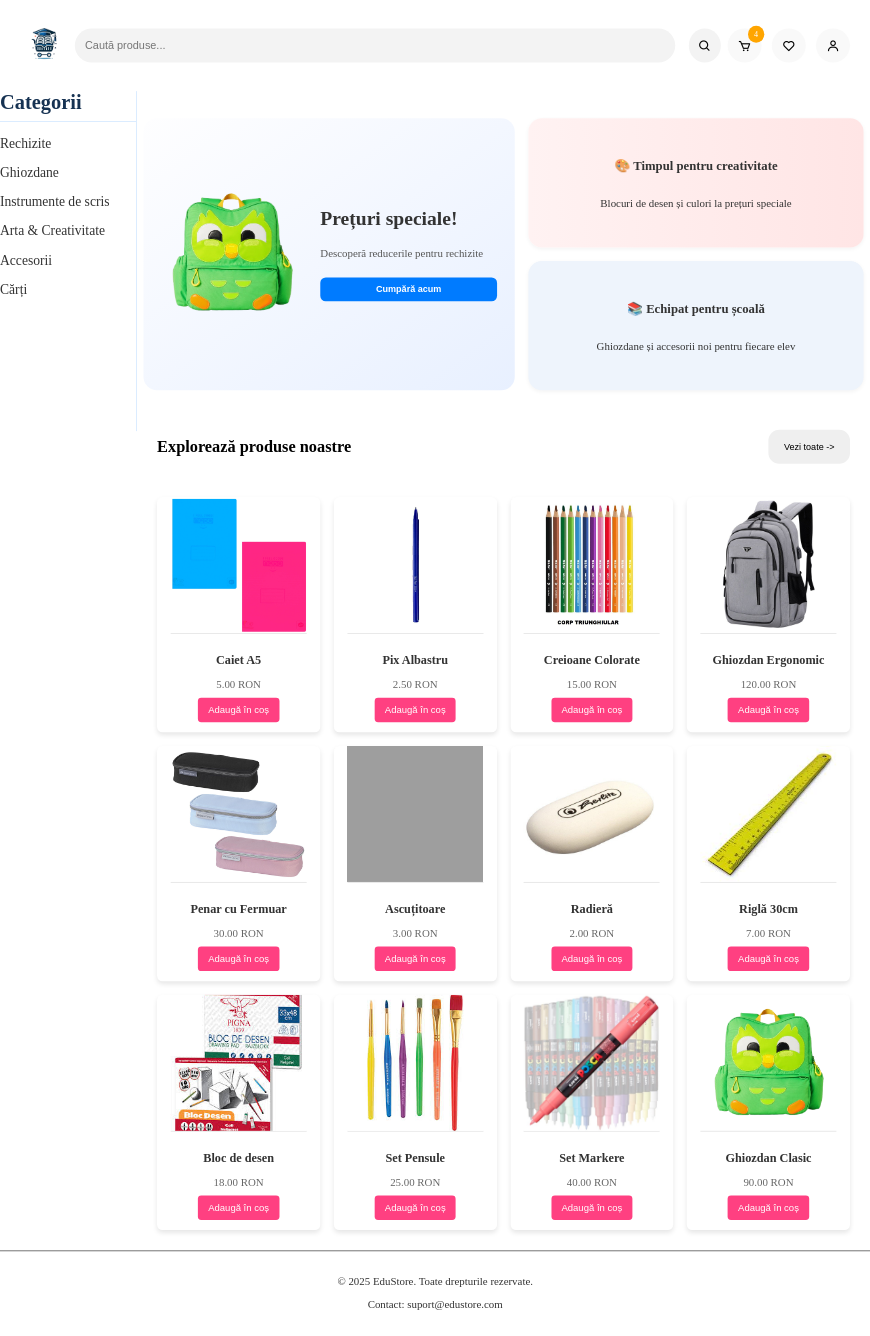
Repository: Roxana5504/WebDev-Project
Page: frontend/index.html
These files come from the project's save history. The page is drawn as it stood at one moment and after the next save; the edit follows.
The browser window is 1280 px wide. The pictures show the whole page, at 68% of full size.
Pictures or frames that could not be fetched are drawn as grey boxes.

Above is the page before, as saved 2025-04-23 16:58:02.

### frontend/index.html
<!DOCTYPE html>
<html lang="ro">
  <head>
    <meta charset="UTF-8" />
    <meta name="viewport" content="width=device-width, initial-scale=1.0" />
    <title>Căutare Produse</title>
    <link rel="stylesheet" href="/styles.css" />
    <link
      href="https://cdn.jsdelivr.net/npm/boxicons@2.1.4/css/boxicons.min.css"
      rel="stylesheet"
    />
  </head>

  <body>
    <header class="container-header">
      <div class="logo">
        <img src="/backend/images/logoDWS.png" alt="EduStore" />
      </div>

      <div class="search-bar">
        <button class="sidebar-toggle" id="sidebar-toggle">
          <i class="bx bx-menu"></i>
        </button>
        <input type="text" id="search-input" placeholder="Caută produse..." />
        <button class="search-btn" id="search-btn">
          <i class="bx bx-search"></i>
        </button>
      </div>

      <div class="header-icons">
        <div class="header-icon">
          <span class="cart-items">4</span>
          <i class="bx bx-cart"></i>
        </div>
        <div class="header-icon">
          <i class="bx bx-heart"></i>
        </div>
        <div class="header-icon profile">
          <i class="bx bx-user"></i>
        </div>
      </div>
    </header>

    <div class="main-content">
      <aside class="sidebar">
        <h2>Categorii</h2>
        <ul>
          <li>Rechizite</li>
          <li>Ghiozdane</li>
          <li>Instrumente de scris</li>
          <li>Arta & Creativitate</li>
          <li>Accesorii</li>
          <li>Cărți</li>
        </ul>
      </aside>

      <div class="container">
        <section class="banner">
          <div class="banner-left">
            <div class="banner-left-content">
              <div class="img-cont">
                <img src="/backend/images/gh.jpg" alt="Oferta specială" />
              </div>

              <div class="banner-text">
                <h2>Prețuri speciale!</h2>
                <p>Descoperă reducerile pentru rechizite</p>
                <button class="buy-now-btn" id="buy-now-btn">
                  Cumpără acum
                </button>
              </div>
            </div>
          </div>

          <div class="banner-right">
            <div class="banner-right-up">
              <h3>🎨 Timpul pentru creativitate</h3>
              <p>Blocuri de desen și culori la prețuri speciale</p>
            </div>
            <div class="banner-right-down">
              <h3>📚 Echipat pentru școală</h3>
              <p>Ghiozdane și accesorii noi pentru fiecare elev</p>
            </div>
          </div>
        </section>

        <section class="products">
          <div class="products-explore-line">
            <h2>Explorează produse noastre</h2>
            <button class="all-products-button">Vezi toate -></button>
          </div>
          <div id="product-list" class="product-list"></div>
        </section>
      </div>
    </div>
    <footer>
      <p>&copy; 2025 EduStore. Toate drepturile rezervate.</p>
      <p>Contact: suport@edustore.com</p>
    </footer>
    <script src="script.js"></script>
  </body>
</html>

### frontend/styles.css
/*CSS Roxana*/
html,
body {
  height: 100%;
  margin: 0;
  padding: 0;
}

.modal-overlay {
  position: fixed;
  top: 0;
  left: 0;
  right: 0;
  bottom: 0;
  background: rgba(0, 0, 0, 0.6);
  display: flex;
  align-items: center;
  justify-content: center;
  padding: 20px;
  z-index: 9999;
  overflow-y: auto;
  box-sizing: border-box;
}

.modal-content {
  display: flex;
  flex-direction: column;
  background: white;
  padding: 20px;
  border-radius: 10px;
  max-width: 800px;
  width: 100%;
  max-height: 90vh;
  overflow-y: auto;
  position: relative;
  box-sizing: border-box;
  align-items: center;
}

.modal-buttons {
  align-items: center;
  display: flex;
  gap: 10px;
  margin-top: 20px;
}

.modal-content button {
  background-color: black;
  color: white;
  font-weight: bold;
  border: none;
  padding: 12px 16px;
  border-radius: 5px;
}

.close-btn {
  position: absolute;
  top: 10px;
  right: 15px;
  font-size: 24px;
  cursor: pointer;
  color: red;
}

.modal-products {
  display: flex;
  flex-wrap: wrap;
  gap: 20px;
}

.modal-product-card {
  width: 200px;
  border: 1px solid #eee;
  border-radius: 10px;
  padding: 10px;
  text-align: center;
}

.modal-product-card img {
  max-width: 100%;
  height: auto;
  border-radius: 5px;
}

.container-header {
  padding: 30px;
  display: flex;
  align-items: center;
  justify-content: space-between;
  width: 100%;
  box-sizing: border-box;
  flex-wrap: wrap;
  gap: 10px;
}

.logo img {
  height: 70px;
  cursor: pointer;
}

.search-bar {
  flex: 1;
  gap: 20px;
  display: flex;
  align-items: center;
  position: relative;
  max-width: 1000px;
}

.search-btn {
  width: 50px;
  height: 50px;
  border-radius: 100%;
  border: none;
  background-color: #f3f3f3;
  display: flex;
  justify-content: center;
  align-items: center;
  cursor: pointer;
  font-size: 20px;
}

.search-bar input {
  min-width: 200px;
  width: 100%;
  height: 50px;
  padding: 10px 15px;
  border-radius: 50px;
  border: none;
  background-color: #f3f3f3;
  font-size: 16px;
  outline: none;
  box-sizing: border-box;
}

.header-icons {
  display: flex;
  align-items: center;
  gap: 15px;
}

.header-icon {
  position: relative;
  width: 50px;
  height: 50px;
  background-color: #f9f9f9;
  border-radius: 50%;
  display: flex;
  justify-content: center;
  align-items: center;
  cursor: pointer;
}

.header-icon i {
  font-size: 20px;
  color: black;
}

.cart-items {
  position: absolute;
  top: -4px;
  right: -4px;
  background-color: orange;
  color: white;
  font-size: 12px;
  border-radius: 100%;
  padding: 5px 9px;
}

.main-content {
  display: flex;
  flex: 1;
  box-sizing: border-box;
  justify-content: left;
}

.container {
  flex: 1;
  width: 100%;
  margin: 0px auto;
  display: flex;
  flex-direction: column;
  padding: 10px;
  max-width: 1200px;
  box-sizing: border-box;
  min-height: 100dvh;
  justify-content: flex-start;
}

.sidebar {
  max-height: 500px;
  position: relative;
  width: 200px;
  padding-left: 0px 20px;
  border-right: 1px solid rgb(203, 227, 255);
}

.sidebar h2 {
  font-size: 30px;
  font-weight: bold;
  margin-top: 0px;
  color: rgb(22, 50, 82);
  margin-bottom: 10px;
  padding-bottom: 10px;
  border-bottom: 1px solid rgb(203, 227, 255);
}

.sidebar ul {
  list-style: none;
  padding: 0;
  margin: 0;
}

.sidebar ul li {
  padding: 10px 0;
  font-size: 20px;
  color: #333;
  cursor: pointer;
  transition: color 0.3s ease;
}

.sidebar ul li:hover {
  color: #0d4e5a;
}

.sidebar-toggle {
  background: none;
  border: none;
  font-size: 25px;
  cursor: pointer;
  display: none;
}

.banner {
  display: flex;
  flex-wrap: wrap;
  gap: 20px;
  margin: 30px 0;
  width: 100%;
}

.banner-left {
  box-sizing: border-box;
  background: linear-gradient(to bottom right, #fefeff, #e8f0ff);
  border-radius: 20px;
  padding: 20px;
  position: relative;
  display: flex;
  align-items: center;
  justify-content: space-between;
  flex: 1 1 50%;
}

.banner-left-content {
  display: flex;
  gap: 20px;
  align-items: center;
  flex-wrap: wrap;
  width: 100%;
  max-width: 500px;
}

.banner-left-content img {
  width: 100%;
  max-width: 220px;
  height: auto;
  border-radius: 10px;
  object-fit: cover;
}

.banner-text {
  flex: 1;
  display: flex;
  flex-direction: column;
  gap: 10px;
}

.banner-text h2 {
  font-size: 1.8rem;
  color: #333;
  margin: 0;
}

.banner-text p {
  font-size: 1rem;
  color: #555;
}

.buy-now-btn {
  background-color: #007bff;
  color: white;
  border: none;
  padding: 10px 16px;
  border-radius: 8px;
  font-weight: bold;
  cursor: pointer;
  transition: background 0.3s ease;
}

.buy-now-btn:hover {
  background-color: #0056b3;
}

.banner-right {
  flex: 1 1 45%;
  display: flex;
  flex-direction: column;
  justify-content: space-between;
  gap: 20px;
  min-width: 300px;
}

.banner-right-up,
.banner-right-down {
  border-radius: 20px;
  padding: 20px;
  text-align: center;
  min-height: 150px;
  display: flex;
  flex-direction: column;
  justify-content: center;
  box-shadow: 0 2px 6px rgba(0, 0, 0, 0.05);
}

.banner-right-up {
  background: linear-gradient(to right, #fff2f2, #ffe5e5);
  color: #333;
}

.banner-right-down {
  background: #eef4fc;
  color: #333;
}

footer {
  text-align: center;
  padding: 20px;
  border-top: 1px solid #333;
  color: #333;
  background-color: white;
}

.products-explore-line {
  display: flex;
  justify-content: space-between;
  width: 100%;
  box-sizing: border-box;
  align-items: center;
  padding: 20px;
}

.all-products-button {
  border: none;
  border-radius: 16px;
  padding: 0px 10px;
  width: 120px;
  height: 50px;
  cursor: pointer;
}

@media (max-width: 768px) {
  .search-bar {
    gap: 10px;
    width: 100%;
    margin: 0px;
    order: 1;
    display: flex;
    justify-content: center;
  }

  .search-bar input {
    flex: 1;
    margin: 0 10px;
  }

  .banner {
    flex-direction: column;
  }

  .banner-left {
    width: 100%;
    flex: none;
  }

  .banner-right {
    flex-direction: row;
    flex-wrap: wrap;
    width: 100%;
    gap: 20px;
  }

  .banner-right-up,
  .banner-right-down {
    flex: 1 1 48%;
    min-width: 48%;
    padding: 15px;
  }
}

@media (max-width: 600px) {
  .modal-products {
    flex-direction: column;
    align-items: center;
  }

  .modal-product-card {
    width: 100%;
    max-width: 300px;
  }
  .sidebar {
    width: 30%;
    z-index: 99;
    transform: translateX(-100%);
    display: none;
  }

  .sidebar-toggle {
    display: block;
  }

  .sidebar.open {
    transform: translateX(0);
    display: block;
  }

  .sidebar h2 {
    font-size: 22px;
  }

  .sidebar ul li {
    font-size: 16px;
  }
}

/*Sfarsit CSS Roxana*/

.product-list {
  display: grid;
  grid-template-columns: repeat(auto-fit, minmax(220px, 1fr));
  gap: 20px;
  padding: 20px;
}

.product-card {
  background: white;
  border-radius: 8px;
  box-shadow: 0px 4px 8px rgba(0, 0, 0, 0.1);
  overflow: hidden;
  text-align: center;
  transition: transform 0.2s ease-in-out;
}

.product-card:hover {
  transform: scale(1.05);
}

.product-card img {
  width: 100%;
  height: 200px;
  object-fit: cover;
  border-bottom: 1px solid #ddd;
}

.product-card .product-info {
  padding: 15px;
}

.product-card h3 {
  font-size: 18px;
  margin: 10px 0;
  color: #333;
}

.product-card p {
  font-size: 16px;
  color: #666;
  margin-bottom: 10px;
}

.product-card button {
  background: #ff4081;
  color: white;
  border: none;
  padding: 10px 15px;
  border-radius: 5px;
  cursor: pointer;
  font-size: 14px;
  transition: background 0.3s;
}

.product-card button:hover {
  background: #e6006e;
}

@media (max-width: 768px) {
  .product-list {
    grid-template-columns: repeat(auto-fit, minmax(180px, 1fr));
  }
}

### frontend/script.js
//Roxana
document.addEventListener("DOMContentLoaded", function () {
  const categoryItems = document.querySelectorAll("aside li")
  const productList = document.getElementById("product-list")
  let products = []

  fetch("/products.json")
    .then((response) => {
      if (!response.ok) {
        throw new Error("Eroare la încărcarea fișierului products.json")
      }
      return response.json()
    })
    .then((data) => {
      products = data.products.map((product) => {
        const name = product.name.toLowerCase()
        let category = "altele"

        if (name.includes("ghiozdan")) category = "ghiozdane"
        else if (
          name.includes("pix") ||
          name.includes("creion") ||
          name.includes("marker") ||
          name.includes("pensul")
        )
          category = "arta-creativitate"
        else if (
          name.includes("radier") ||
          name.includes("ascuțitoare") ||
          name.includes("rigl")
        )
          category = "accesorii"
        else if (
          name.includes("caiet") ||
          name.includes("penar") ||
          name.includes("bloc")
        )
          category = "rechizite"

        return { ...product, category }
      })

      renderProducts()
    })
    .catch((error) => {
      console.error("Eroare la încărcare produse:", error)
    })

  function renderProducts() {
    productList.innerHTML = ""
    products.forEach((product) => {
      const productCard = document.createElement("div")
      productCard.classList.add("product-card")
      productCard.setAttribute("data-category", product.category)
      productCard.innerHTML = `
        <img src="${product.image}" alt="${
        product.name
      }" style="width: 200px; height: 200px; object-fit: cover;">
        <div class="product-info">
          <h3>${product.name}</h3>
          <p>${product.price.toFixed(2)} RON</p>
          <button>Adaugă în coș</button>
        </div>
      `
      productList.appendChild(productCard)
    })
  }

  categoryItems.forEach((item) => {
    item.addEventListener("click", function () {
      const category = this.textContent
        .trim()
        .toLowerCase()
        .replace(/\s+/g, "-")
      const productCards = document.querySelectorAll(".product-card")

      productCards.forEach((product) => {
        if (
          product.getAttribute("data-category") === category ||
          category === "toate"
        ) {
          product.style.display = "flex"
        } else {
          product.style.display = "none"
        }
      })
    })
  })
})

document.getElementById("search-btn").addEventListener("click", () => {
  const query = document.getElementById("search-input").value.trim()

  fetch(`/products/${query}`)
    .then((res) => {
      if (!res.ok) throw new Error("Server error: " + res.status)
      return res.json()
    })
    .then((data) => {
      if (data.length > 0) {
        showModalWithProducts(data)
      } else {
        showNoProductFoundModal(query)
      }
    })
    .catch((err) => {
      console.error("Eroare:", err)
    })
})

document.getElementById("buy-now-btn").addEventListener("click", () => {
  const query = "Ghiozdan Clasic"
  fetch(`/products/${query}`)
    .then((res) => {
      if (!res.ok) throw new Error("Server error: " + res.status)
      return res.json()
    })
    .then((data) => {
      if (data.length > 0) {
        showModalWithProducts(data)
      } else {
        showNoProductFoundModal(query)
      }
    })
    .catch((err) => {
      console.error("Eroare:", err)
    })
})

function showModalWithProducts(products) {
  let modalHTML = `
      <div id="product-modal" class="modal-overlay">
        <div class="modal-content">
          <span class="close-btn" onclick="closeModal()">&times;</span>
          <h2>Rezultate Căutare</h2>
          <div class="modal-products">
    `

  products.forEach((product) => {
    modalHTML += `
        <div class="modal-product-card">
          <img src="${product.image}" alt="${product.name}" />
          <h3>${product.name}</h3>
          <p>Preț: ${product.price} lei</p>
          <p>Cantitate: ${product.quantity ?? "Nespecificat"}</p>
        </div>
      `
  })

  modalHTML += `
          </div>
        </div>
      </div>
    `

  document.body.insertAdjacentHTML("beforeend", modalHTML)
}

function showNoProductFoundModal(query) {
  const modalHTML = `
      <div id="product-modal" class="modal-overlay">
        <div class="modal-content">
          <span class="close-btn" onclick="closeModal()">&times;</span>
          <h2>Produs negăsit</h2>
          <p>Nu am găsit produsul <strong>"${query}"</strong>.</p>
          <p>Dorești să îl adaugi în magazin?</p>
          <div class="modal-buttons">
          <button onclick="openAddProductForm('${query}')">Adaugă produs</button>
          <button onclick="closeModal()">Încearcă din nou</button></div>
        </div>
      </div>
    `
  document.body.insertAdjacentHTML("beforeend", modalHTML)
}

function closeModal() {
  const modal = document.getElementById("product-modal")
  if (modal) modal.remove()
}

const sidebarToggle = document.getElementById("sidebar-toggle")
const sidebar = document.querySelector(".sidebar")

sidebarToggle.addEventListener("click", () => {
  sidebar.classList.toggle("open")
})
//Sfarsit cod Roxana

### backend/products.json
{
  "products": [
    { "name": "Caiet A5", "price": 5.0, "image": "/backend/images/caiet.jpg" },
    {
      "name": "Pix Albastru",
      "price": 2.5,
      "image": "/backend/images/pix.jpg",
      "quantity": 20
    },
    {
      "name": "Creioane Colorate",
      "price": 15.0,
      "image": "/backend/images/creioane.jpg",
      "quantity": 20
    },
    {
      "name": "Ghiozdan Ergonomic",
      "price": 120.0,
      "image": "/backend/images/ghiozdan.jpg",
      "quantity": 20
    },
    {
      "name": "Penar cu Fermuar",
      "price": 30.0,
      "image": "/backend/images/penar.jpg",
      "quantity": 20
    },
    {
      "name": "Ascuțitoare",
      "price": 3.0,
      "image": "/backend/images/ascutitoare.jpg",
      "quantity": 20
    },

    {
      "name": "Radieră",
      "price": 2.0,
      "image": "/backend/images/radiera.jpg",
      "quantity": 20
    },
    {
      "name": "Riglă 30cm",
      "price": 7.0,
      "image": "/backend/images/rigla.jpg",
      "quantity": 20
    },
    {
      "name": "Bloc de desen",
      "price": 18.0,
      "image": "/backend/images/blocdesen.jpg",
      "quantity": 20
    },
    {
      "name": "Set Pensule",
      "price": 25.0,
      "image": "/backend/images/pensule.jpg",
      "quantity": 20
    },
    {
      "name": "Set Markere",
      "price": 40.0,
      "image": "/backend/images/markere.jpg",
      "quantity": 20
    },
    {
      "name": "Ghiozdan Clasic",
      "price": 90.0,
      "image": "/backend/images/gh.jpg",
      "quantity": 20
    }
  ]
}

After the next save:
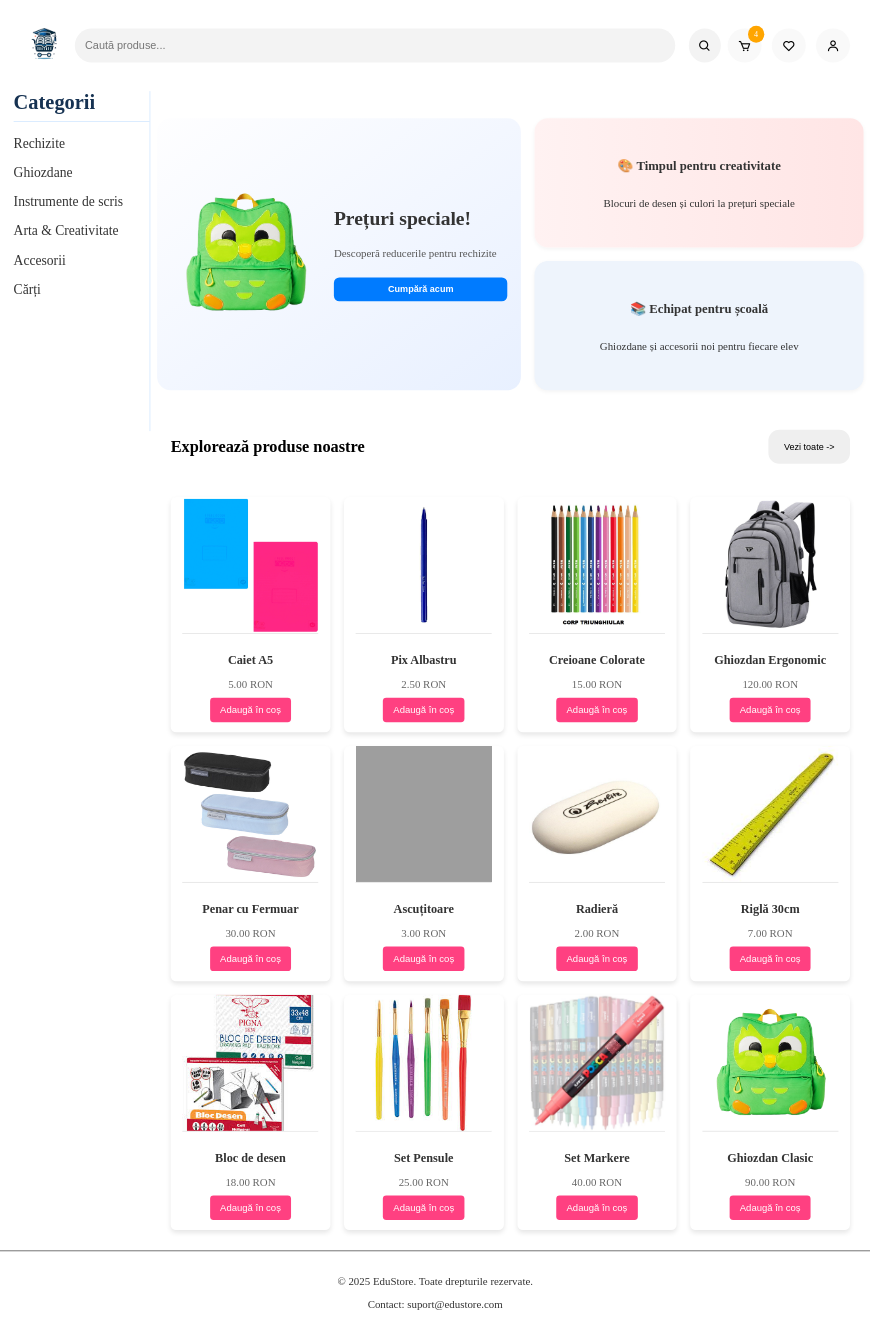
Saved 4 s later.
--- a/frontend/styles.css
+++ b/frontend/styles.css
@@ -191,7 +191,7 @@ body {
   max-height: 500px;
   position: relative;
   width: 200px;
-  padding-left: 0px 20px;
+  padding-left: 20px;
   border-right: 1px solid rgb(203, 227, 255);
 }
 
